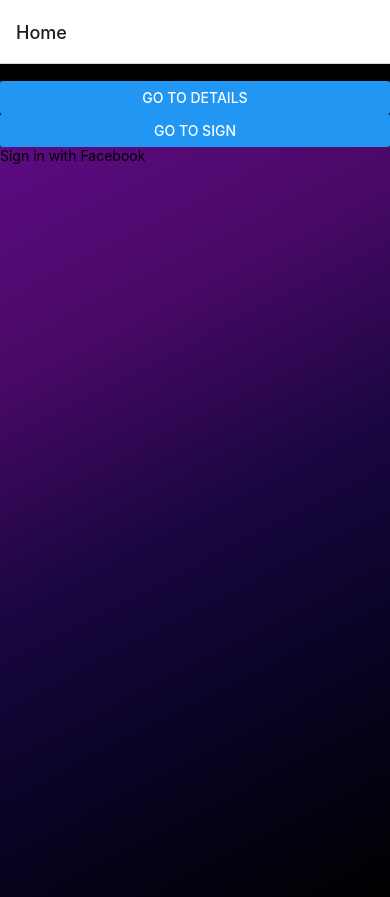
Repository: eyebone/barManager
Screen: /
The author's editor kept a copy of each file at every save. The screen is drawn from the files as they stood at one save, then again after a run of saves.
The app was drawn by React Native's web renderer in a window 390 px wide. The project was rebuilt for these pictures with package versions that can differ from the ones it lists, and the page was loaded fresh each time. Also part of the build but not shown: components/EmojiPicker.js, components/Button.js, components/ImageViewer.js, components/circleButton.js, components/IconButton.js, view/ViewOne.js, view/Sign.js.

Above is the screen before, as saved 2023-06-26 14:03:13.

### App.js
// In App.js in a new project

import * as React from "react";
import { Button, View, Text, StyleSheet } from "react-native";
// import React-native from 'react-native';
import { NavigationContainer } from "@react-navigation/native";
import { createNativeStackNavigator } from "@react-navigation/native-stack";
import { ViewOne } from "./view/ViewOne";
import { SignView } from "./view/Sign";
import { LinearGradient } from "expo-linear-gradient";
function HomeScreen({ navigation }) {
  return (
    <View style={styles.container}>
      <Text>Home Screen</Text>
      <Button
        title="Go to Details"
        onPress={() => navigation.navigate("test")}
      />
      <Button title="Go to Sign" onPress={() => navigation.navigate("sign")} />
      <LinearGradient
        start={{ x: 0, y: 0 }}
        end={{ x: 1, y: 1 }}
        colors={["#5c0b82", "#480965", "#190641", "#070320", "#000000"]}
        style={styles.linearGradient}
      >
        <Text style={styles.buttonText}>Sign in with Facebook</Text>
      </LinearGradient>
    </View>
  );
}

const Stack = createNativeStackNavigator();

function App() {
  return (
    <NavigationContainer style={styles.container}>
      <Stack.Navigator>
        <Stack.Screen name="Home" component={HomeScreen} />
        <Stack.Screen name="test" component={ViewOne} />
        <Stack.Screen name="sign" component={SignView} />
      </Stack.Navigator>
    </NavigationContainer>
  );
}

export default App;

const styles = StyleSheet.create({
  container: {
    flex: 1,
    flexDirection: "column",
    backgroundColor: "#000000",
    //    alignItems: 'center',
  },
  linearGradient: {
    height: 750,
  },
});

After the next 2 saves:
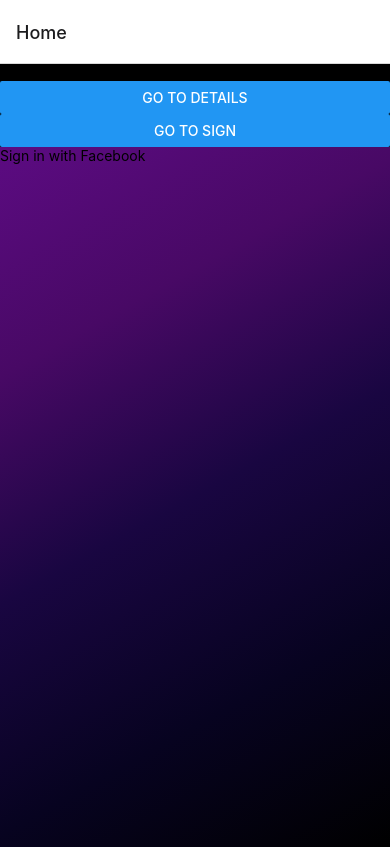
The 2 saves are shown as one change because they came seconds apart.
The last was saved 9 s later.
--- a/App.js
+++ b/App.js
@@ -53,6 +53,6 @@ const styles = StyleSheet.create({
     //    alignItems: 'center',
   },
   linearGradient: {
-    height: 750,
+    height: 700,
   },
 });
